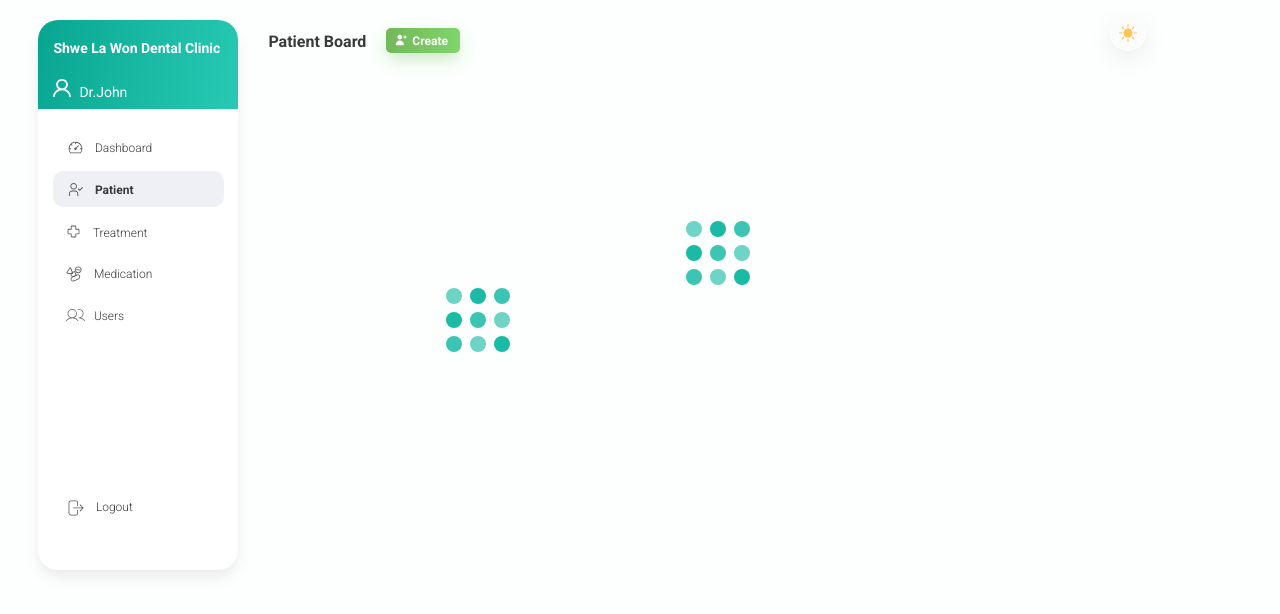
Repository: mrkaskar/frontendpatientrecord_typescript
Page: /patient
These files come from the project's save history. The page is drawn as it stood at one moment and after the next save; the edit follows.
The browser window is 1280 px wide. The pictures show the whole page.
The page's requests for data from a server got no answer. The project was rebuilt for these pictures with package versions that can differ from the ones it lists, and the page was loaded fresh each time. No one was signed in, and anything a server would have sent is missing. Also part of the build but not shown: src/components/checkbox/styles/index.css, src/components/checkbox/main.tsx, src/components/dropdown/styles/index.css, src/components/dropdown/main.tsx, src/components/iconbutton/styles/index.css, src/components/iconbutton/main.tsx, src/components/table/styles/index.css, src/components/table/main.tsx and 36 more.

Above is the page before, as saved 2021-12-26 21:30:02.

After the next save:
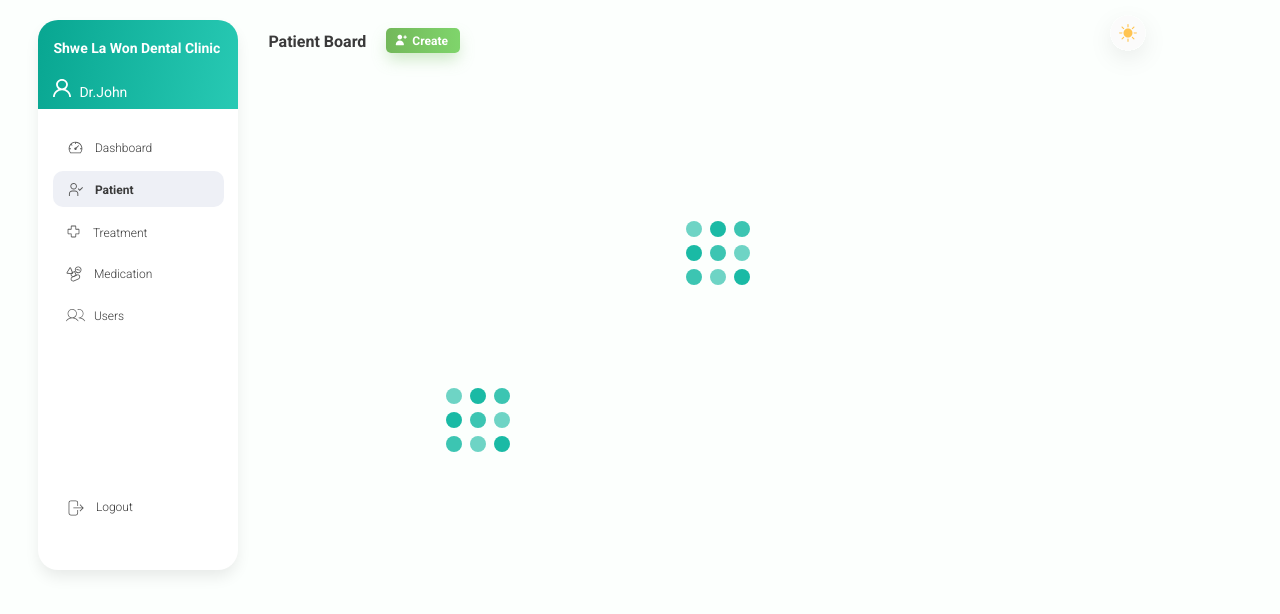
Saved 5 s later.
--- a/src/modules/patient/components/PatientTable.tsx
+++ b/src/modules/patient/components/PatientTable.tsx
@@ -143,7 +143,7 @@ function PatientTable():ReactElement {
                 alignItems: 'center',
                 position: 'absolute',
                 left: '200px',
-                top: '100px',
+                top: '200px',
               }}
             >
               <Loader />
